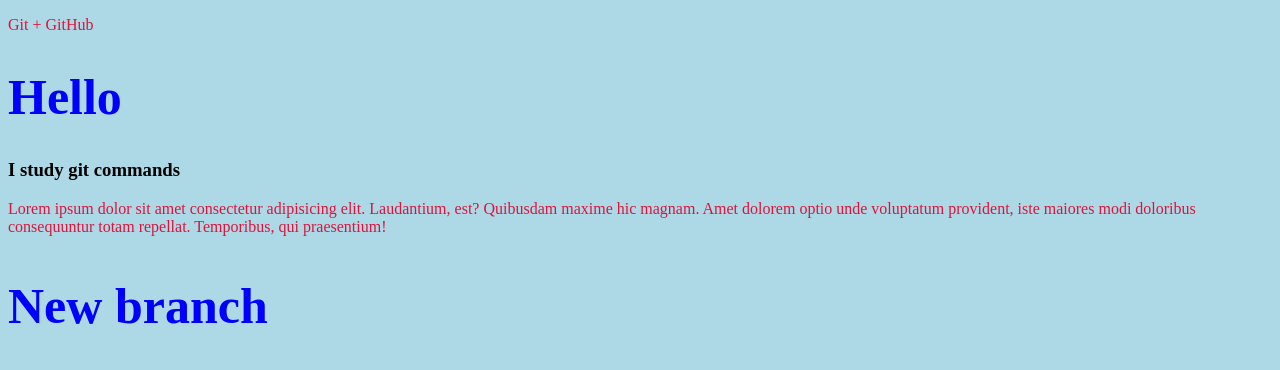
Repository: yshpishak/GitTest
Page: index.html
The author's editor kept a copy of each file at every save. The page is drawn from the files as they stood at one save, then again after the next save.
The browser window is 1280 px wide. The pictures show the whole page.

Above is the page before, as saved 2020-12-02 22:43:18.

After the next save:
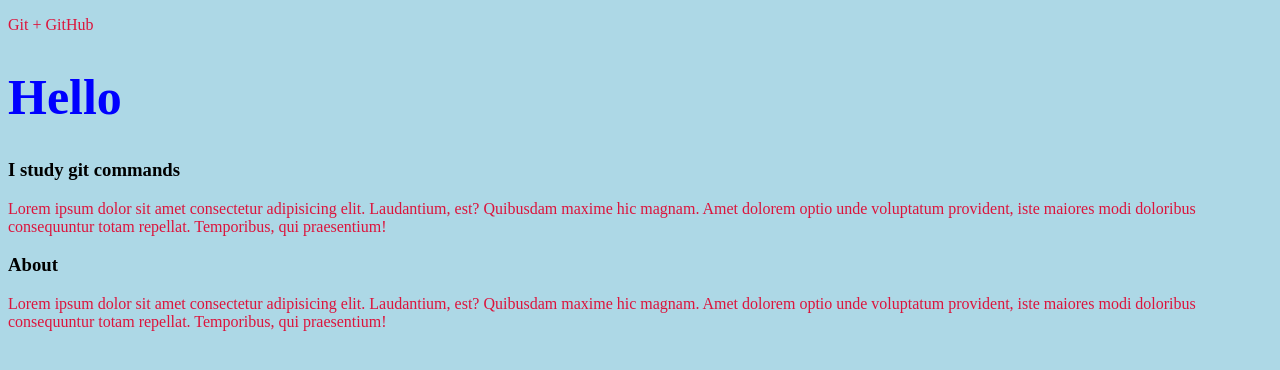
Saved 8 min 43 s later.
--- a/index.html
+++ b/index.html
@@ -10,6 +10,8 @@
     <h1>Hello</h1>
     <h3>I study git commands</h3>
     <p>Lorem ipsum dolor sit amet consectetur adipisicing elit. Laudantium, est? Quibusdam maxime hic magnam. Amet dolorem optio unde voluptatum provident, iste maiores modi doloribus consequuntur totam repellat. Temporibus, qui praesentium!</p>
-    <h2>New branch</h2>
+    <h3>About</h3>
+    <p>Lorem ipsum dolor sit amet consectetur adipisicing elit. Laudantium, est? Quibusdam maxime hic magnam. Amet dolorem optio unde voluptatum provident, iste maiores modi doloribus consequuntur totam repellat. Temporibus, qui praesentium!</p>
+
 </body>
 </html>
